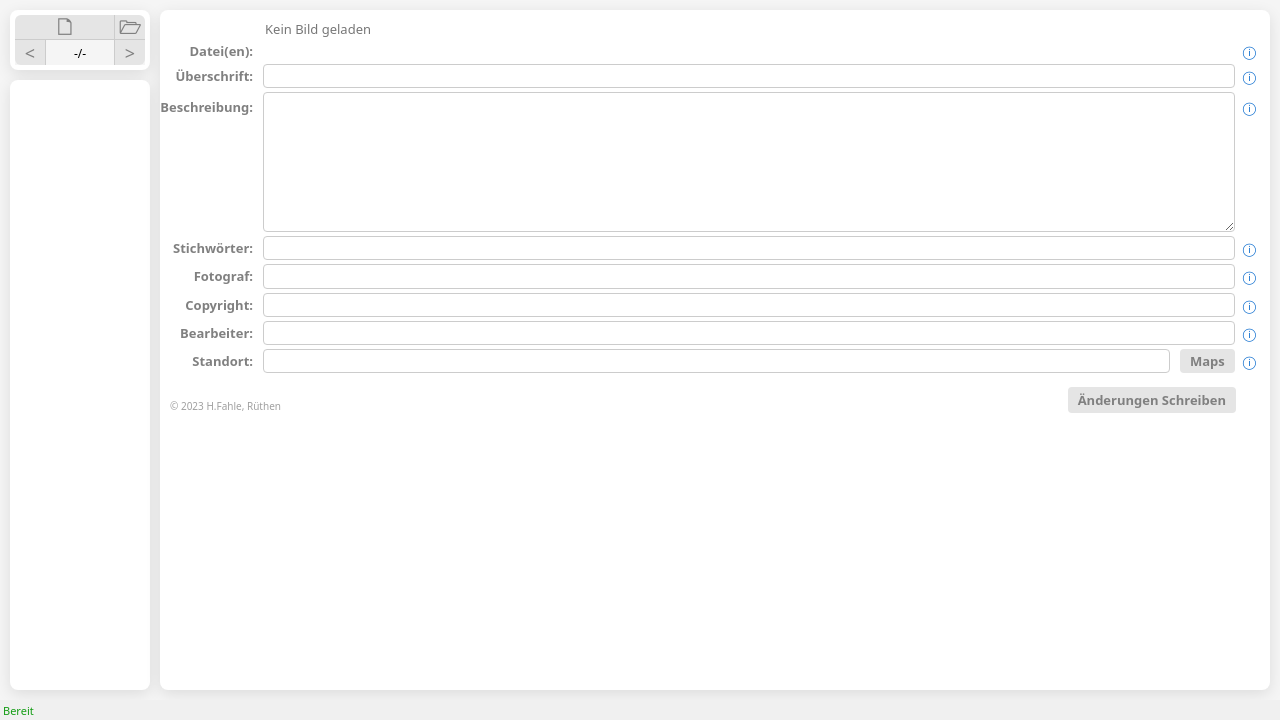
Repository: h-fahle/metadata
Page: ui/index.html
The author's editor kept a copy of each file at every save. The page is drawn from the files as they stood at one save, then again after the next save.
The browser window is 1280 px wide. The pictures show the whole page.

Above is the page before, as saved 2026-09-01 18:25:19.
Console error: TypeError: Cannot read properties of undefined (reading 'core')

### ui/index.html
<!DOCTYPE html>
<html lang="de">

<head>
	<meta charset="UTF-8">
	<title>Metadaten Editor</title>
	<script src="script.js" defer></script>
	<link rel="stylesheet" href="style.css">
</head>

<body>

	<main id="main-container">

		<!-- Das Vorschaubild links -->
<!-- 		<aside id="sidebar">
			<div class="split-button-container">
				<div class="main-row">
					<button class="img-select-btn open-files"  data-ordner="false" data-mehrfach="true">
						&#x1F5CB;<div class="tooltip-box">Bilddatei(en) öffnen</div>
					</button>
					<button class="img-select-btn open-folder" data-ordner="true" data-mehrfach="false">
						&#x1F5C1;<div class="tooltip-box">Ordner öffnen</div>
					</button>
				</div>
				<div class="pager-row">
					<button class="pager-btn prev-btn" data-schritt="-1">&lt;</button>
					<div id="img-nummer" class="pager-display">-/-</div>
					<button class="pager-btn next-btn" data-schritt="1"">&gt;</button>
				</div>
			</div>

			<img id="vorschau-bild" src="" style="display:none;" />
			<div id="bild-info" style="text-align:center;">
				<span id="img-datum"></span><br>
				<span id="img-groesse"></span>
			</div>
		</aside>
 -->

<aside id="sidebar">
    <!-- Obere Kachel -->
			<div class="split-button-container">
				<div class="main-row">
					<button class="img-select-btn open-files"  data-ordner="false" data-mehrfach="true">
						&#x1F5CB;<div class="tooltip-box">Bilddatei(en) öffnen</div>
					</button>
					<button class="img-select-btn open-folder" data-ordner="true" data-mehrfach="false">
						&#x1F5C1;<div class="tooltip-box">Ordner öffnen</div>
					</button>
				</div>
				<div class="pager-row">
					<button class="pager-btn prev-btn" data-schritt="-1">&lt;</button>
					<div id="img-nummer" class="pager-display">-/-</div>
					<button class="pager-btn next-btn" data-schritt="1"">&gt;</button>
				</div>
			</div>

    <!-- Untere Kachel -->
    <div id="preview-card">
        <img id="vorschau-bild" src="" style="display:none;" />
        <div id="bild-info" style="text-align:center;">
            <span id="img-datum"></span><br>
            <span id="img-groesse"></span>
        </div>
    </div>
</aside>

		<!-- Das Formular rechts -->
		<section id="form-container">

			<div id="ordner-pfad">Kein Bild geladen</div>

			<div class="form-row">
				<label for="filename">Datei(en):</label>
				<div id="dynamischerBereich" style="width: 100%;">
					<!-- Input- / oder Select-Element -->
				</div>
				<div class="tooltip-container">
					<span class="info-icon">ⓘ</span>
					<div class="tooltip-box">Im Einzelmodus: Änderung des Dateinamens bewirkt Umbenennung der Datei.
						Im Stapelmodus: Dateinamen sind nicht änderbar.!
					</div>
				</div>
			</div>

			<div class="form-row">
				<label for="caption">Überschrift:</label>
				<input type="text" id="caption" name="caption" />
				<div class="tooltip-container">
					<span class="info-icon">ⓘ</span>
					<div class="tooltip-box">Auch: (Dokument-)Titel, Schlagzeile, Headline
					</div>
				</div>
			</div>

			<div class="form-row form-row-top">
				<label for="description">Beschreibung:</label>
				<textarea id="description" name="description"></textarea>
				<div class="tooltip-container">
					<span class="info-icon">ⓘ</span>
					<div class="tooltip-box">Beschreibender Text in beliebiger Länge.
						(Im Stapelmodus wird der eingegebene Text
						&nbsp;&nbsp; an vorhandenen angehängt.)
						Hinweis: Einige Programme zeigen nur 2.000 Zeichen
						&nbsp;&nbsp; oder auch weniger an.
					</div>
				</div>
			</div>

			<div class="form-row">
				<label for="keywords">Stichwörter:</label>
				<input type="text" id="keywords" name="keywords" />
				<div class="tooltip-container">
					<span class="info-icon">ⓘ</span>
					<div class="tooltip-box">Komma-separierte Liste. Groß-/Kleinschreibung beachten.
						Im Stapelmodus werden die eingegebenen Stichwörter
						&nbsp;&nbsp; an vorhandene angehängt.
					</div>
				</div>
			</div>

			<div class="form-row">
				<label for="creator">Fotograf:</label>
				<input type="text" id="creator" name="creator" />
				<div class="tooltip-container">
					<span class="info-icon">ⓘ</span>
					<div class="tooltip-box">Urheber, Ersteller, Autor
						(Tags: Artitst, Creator, By-line)
					</div>
				</div>
			</div>

			<div class="form-row">
				<label for="copyright">Copyright:</label>
				<input type="text" id="copyright" name="copyright" />
				<div class="tooltip-container">
					<span class="info-icon">ⓘ</span>
					<div class="tooltip-box">Urheberrechtshinweis; enthält in der Regel:
						Name des Fotografen, Aufnahmejahr und Nutzungsrechte;
						(z.B. 'Copyright [1975] [Mustermann], Alle Rechte vorbehalten')
					</div>
				</div>
			</div>

			<div class="form-row">
				<label for="editor">Bearbeiter:</label>
				<input type="text" id="editor" name="editor" />
				<div class="tooltip-container">
					<span class="info-icon">ⓘ</span>
					<div class="tooltip-box">Verfasser der Metadaten
						(Tags: Caption Writer, Writer Editor)
					</div>
				</div>
			</div>

			<div class="form-row">
				<label for="position">Standort:</label>
				<input type="text" id="position" name="position" />
				<button type="button" class="maps-trigger-btn">Maps</button>
				<div class="tooltip-container">
					<span class="info-icon">ⓘ</span>
					<div class="tooltip-box">GPS-Koordinaten in Dezimalgrad (z.B.: 51.49129, 8.43317).
						Ermitteln der Koordinaten in der Google Maps-Karte:
						&nbsp; 1. mit rechter Maustaste auf den Standort klicken,
						&nbsp; 2. auf die angezeigten Koordinaten klicken,
						&nbsp; 3. der so gespeicherte Wert kann mit Strg+V
						&nbsp;&nbsp;&nbsp;&nbsp;&nbsp;&nbsp; hier eingefügt werden.
					</div>
				</div>
			</div>

			<!-- Button-Leiste -->
			<div class="button-group">
				<div id="app-copyright">
					© 2023 H.Fahle, Rüthen
					<div class="tooltip-box">Dieses Programm ist freie Software unter den Bedingungen der GNU GPLv3.
						Es wird OHNE JEDE GARANTIE zur Verfügung gestellt.
					</div>
				</div>
				<button type="button" id="btn-exif-schreiben">Änderungen Schreiben</button>
			</div>

		</section> <!-- Ende der form-containers-->
	</main> <!-- Ende des main-containers -->

	<footer id="statusleiste">
		<div id="statustext">
			Bereit
		</div>
	</footer>


</body>

</html>

### ui/style.css
:root {
	--app-font: system-ui, -apple-system, "Segoe UI", Roboto, Helvetica, Arial, sans-serif;
	--app-font-size: 13px;
}

/* 1. Das App-Fenster exakt auf 100% fixieren (kein äußeres Scrollen) */
html,
body {
	margin: 0;
	padding: 0;
	height: 100vh;
	width: 100vw;
	overflow: hidden;
	/* Verhindert jegliche äußere Scrollbalken */
	background: #f5f5f5;
	display: flex;
	flex-direction: column;
	/* Hauptinhalt oben, Statusleiste unten */
	font-family: var(--app-font);
	font-size: var(--app-font-size);
}

input,
textarea,
button {
	font-family: var(--app-font) !important;
	font-size: var(--app-font-size) !important;
}

/* Allumfassender Box-Sizing-Fix für die gesamte App */
*,
*::before,
*::after {
	box-sizing: border-box;
}

/* 2. Der Hauptbereich füllt den gesamten oberen Platz aus --------------------------- */
#main-container {
	flex: 1;
	display: flex;
	flex-direction: row;
	/* Elemente nebeneinander */
	gap: 10px;
	padding: 10px;
	overflow: hidden;
	/* Verhindert, dass Riesen-Inhalte das Fenster sprengen */
}


/* ------------------------------------------------------------------------------------- */
/* 3. LINKS: Die Sidebar mit fester Breite */
#sidebar {
	width: 140px;
	min-width: 140px;
	/* Transparenz, damit der Hintergrund des Hauptfensters durchscheint */
	background-color: transparent;
	box-shadow: none;
	padding: 0;
	/* Flex-Container für die zwei vertikalen Kacheln */
	display: flex;
	flex-direction: column;
	gap: 10px;
}

/* Kachel 1: Button-Container */
/* Die Buttons sieh unten */
.split-button-container {
	background-color: #ffffff;
	border-radius: 8px;
	padding: 5px;
	box-shadow: 0 4px 15px rgba(0, 0, 0, 0.1);
}

/* Kachel 2: Bild + Info-Text darunter */
#preview-card {
	flex: 1;   /* gesamte restliche Höhe */
	background-color: #ffffff;
	border-radius: 8px;
	padding: 5px;
	box-shadow: 0 4px 15px rgba(0, 0, 0, 0.1);
}

#vorschau-bild {
	max-width: 130px;
	margin: 2px auto;
	height: auto;
}

/* ------------------------------------------------------------------------------------- */
/* 4. RECHTS: Das Formular nimmt den gesamten Rest ein und wächst mit */
#form-container {
	flex: 1;
	/* Nimmt 100% des restlichen Platzes ein */
	min-width: 0;
	/* Erlaubt Flexbox, die Box bei Bedarf zu verkleinern */
	background-color: #ffffff;
	border-radius: 8px;
	padding: 10px;
	display: flex;
	flex-direction: column;
	gap: 4px;
	box-shadow: 0 4px 15px rgba(0, 0, 0, 0.1);
}

#ordner-pfad {
	margin-left: 95px !important;
	color: #777777;
}

/* Jede Zeile wird zu einer horizontalen Flexbox */
.form-row {
	display: flex !important;
	flex-direction: row;
	align-items: center;
	/* Richtet Label und Input vertikal mittig zueinander aus */
	gap: 10px;
	/* Abstand zwischen Label und Input */
	width: 100%;
}

/* Die Labels bekommen eine feste Breite, damit alle Inputs sauber untereinander starten */
.form-row label {
	width: 95px;
	/* Breite je nach längstem Label-Text anpassen */
	min-width: 95px;
	/* Verhindert, dass das Label zusammengedrückt wird */
	text-align: right;
	/* Optional: Richtet den Text rechtsbündig zum Input aus */
	color: gray;
	font-weight: bold;
	margin-left: -12px;
}

/* Die Eingabefelder füllen jetzt den gesamten restlichen Platz der Zeile aus */
.form-row input,
.form-row textarea {
	flex: 1;
	/* Zwingt das Input-Feld, den Rest der Zeile einzunehmen */
	width: 100%;
	min-width: 0;
	/* Erlaubt dem Input, bei sehr kleinen Fenstern stabil zu schrumpfen */
	border: 1px solid #ccc;
	border-radius: 4px;
	padding: 2px 4px;
	line-height: 1.4;
	-webkit-font-smoothing: antialiased;
	outline: none;
}

input#filename {
	font-weight: bold;
}

.form-row select {
	/* 1. Setzt das native Design auf ALLEN Plattformen zurück */
	-webkit-appearance: none;
	/* Für Chrome, Safari, WebKitGTK, Edge, Opera */
	-moz-appearance: none;
	/* Für Firefox */
	appearance: none;
	/* Der moderne, offizielle W3C-Standard */

	/* 2. Plattformübergreifender Text-Fix für Unterlängen (g, j, y) */
	line-height: 1.4;
	/* 1.5 bietet genug Puffer für Linux- & Windows-Fonts */
	padding: 2px;
	/* Rechts Platz für den eigenen Pfeil */
	width: 100%;
	height: 24px;

	/* 3. Textglättung für macOS, Windows und Linux */
	-webkit-font-smoothing: antialiased;
	-moz-osx-font-smoothing: grayscale;

	/* 4. tandard-Design für die Box */
	background-color: #ececec;
	border: 1px solid #ccc;
	border-radius: 4px;
	box-sizing: border-box;
	/* Verhindert Layout-Verschiebungen */
	outline: none;
	color: gray;
}

.form-row textarea {
	min-height: 140px;
}

.form-row input:focus-visible,
.form-row textarea:focus-visible {
	outline: 2px solid gray;
}

/* Ändert die Ausrichtung für die Textarea-Zeile nach oben */
.form-row-top {
	align-items: flex-start !important;
	/* Richtet Label, Textarea und Icon oben aus */
}

.form-row-top label,
.form-row-top .tooltip-container {
	padding-top: 6px;
	/* Verhindert, dass das Label zu weit oben klebt */
}


/* ------------------------------------------------------------------------------------- */
/* 5. UNTEN: Die Statusleiste mit fixer Höhe und eigenem Scrollbalken */
#statusleiste {
	height: 20px;
	/* Feste Höhe für ca. 2 Zeilen Text */
	min-height: 20px;
	background-color: #f0f0f0;
	font-size: 11px;
	color: #444;
	padding: 3px;
	overflow-y: auto;
	/* Vertikaler Scrollbalken erscheint NUR bei Bedarf */
	overflow-x: hidden;
	/* Verhindert horizontales Scrollen in der Statusleiste */
	-webkit-font-smoothing: antialiased;
}

#statustext {
	color: #139c13;
}


/* Bedien-Elemente -------------------------------------------- */
button {
	padding: 3px 10px;
	font-weight: bold;
	cursor: pointer;
	border: none;
	background-color: #e5e5e5;
	color: gray;
}

button:hover {
	background-color: gray;
	color: white;
}

.button-group button,
.form-row button {
	border-radius: 4px;
}

#app-copyright {
	margin-right: auto;
	padding-top: 12px;
	font-size: 10px;
	color: #a0a0a0;
}


/* ------------------------------------------------------------------------------ */
/* Buttons im Button-Container oben links */

/* Obere Reihe */
.main-row {
	height: 25px;
	display: flex;
	border-bottom: 1px solid #ccc;
	/* Trennlinie zur zweiten Reihe */
}

/* Untere Reihe */
.pager-row {
	height: 25px;
	display: flex;
	align-items: center;
	background-color: #f5f5f5;
}

/* Gemeinsames Design für die Button-Teile */
.open-files,
.open-folder,
.prev-btn,
.next-btn {
	font-size: 18px !important;
	padding: 0;
	cursor: pointer;
	transition: background-color 0.2s;
}

.prev-btn,
.next-btn {
	font-weight: normal;
}

/* Hauptbutton oben links */
.open-files {
	width: 100%;
	border-top-left-radius: 6px;
	border-right: 1px solid #ccc
}

/* Pfeilbutton oben rechts */
.open-folder {
	width: 30%;
	border-top-right-radius: 6px;
}

/* Blätter-Buttons unten links und rechts */
.pager-btn {
	width: 30px;
	height: 100%;
	display: flex;
	align-items: center;
	justify-content: center;
	transition: background-color 0.2s;
}

.prev-btn {
	border-bottom-left-radius: 6px;
}

.next-btn {
	border-bottom-right-radius: 6px;
}

.pager-display {
	height: 100%;
	flex-grow: 1;
	/* Nimmt den gesamten Platz in der Mitte ein */
	text-align: center;
	font-size: 12px;
	padding: 5px 0;
	border-left: 1px solid #ccc;
	border-right: 1px solid #ccc;
	user-select: none;
	/* Verhindert versehentliches Markieren beim Klicken */
}



/* Der Absendeknopf richtet sich nach den Eingabefeldern aus */
.button-group {
	display: flex;
	justify-content: flex-end;
	margin: 10px 24px 0 0;
}

.button-group button {
	margin-left: 5px;
}


/* Tooltip ---------------------------------------------------------- */

/* Container für das Icon und die Box */
.tooltip-container {
	position: relative;
	/* Wichtig, damit sich die Box am Icon ausrichtet */
	display: inline-flex;
	align-items: center;
	cursor: help;
	/* Zeigt das Fragezeichen/Hilfe-Symbol als Mauszeiger */
	margin-left: -6px;
}

/* Das Info-Icon selbst */
.info-icon {
	color: #0066cc;
	/* Schönes Info-Blau */
	padding: 0 4px;
	font-size: 13px;
}

.tooltip-box {
	display: none;
	position: fixed;

	width: max-content;
	max-width: 400px;
	/* Verhindert, dass der Tooltip bei sehr viel Text das Fenster sprengt */
	white-space: pre-line;

	background-color: lightyellow;
	color: black;
	border: 1px solid gray;
	padding: 2px 4px;
	border-radius: 6px;
	font-size: 11px;
	line-height: 1.4;
	box-shadow: 0 4px 10px rgba(0, 0, 0, 0.2);
	z-index: 1001;
	/* Über der Statusleiste (1000), falls sie sich überschneiden */

	/* Verschiebt den Tooltip komplett nach links,
     sodass seine rechte Kante am Cursor sitzt */
	transform: translate(-100%, 40%);
	*/
	/* Animation & Verstecken */
	transition: opacity 0.2s ease-in-out, visibility 0.2s;
	pointer-events: none;
	/* Verhindert, dass die Box beim unabsichtlichen Drüberfahren flackert */
}

/* Zeige den Tooltip nur, wenn die Maus über dem Container ist */
.tooltip-container:hover .tooltip-box {
	display: block;
}

.img-select-btn:hover .tooltip-box,
#app-copyright:hover .tooltip-box {
	transform: none;
	font-weight: normal;
	display: block;
}

Loaded but not shown: ui/script.js (461 lines, source omitted)

After the next save:
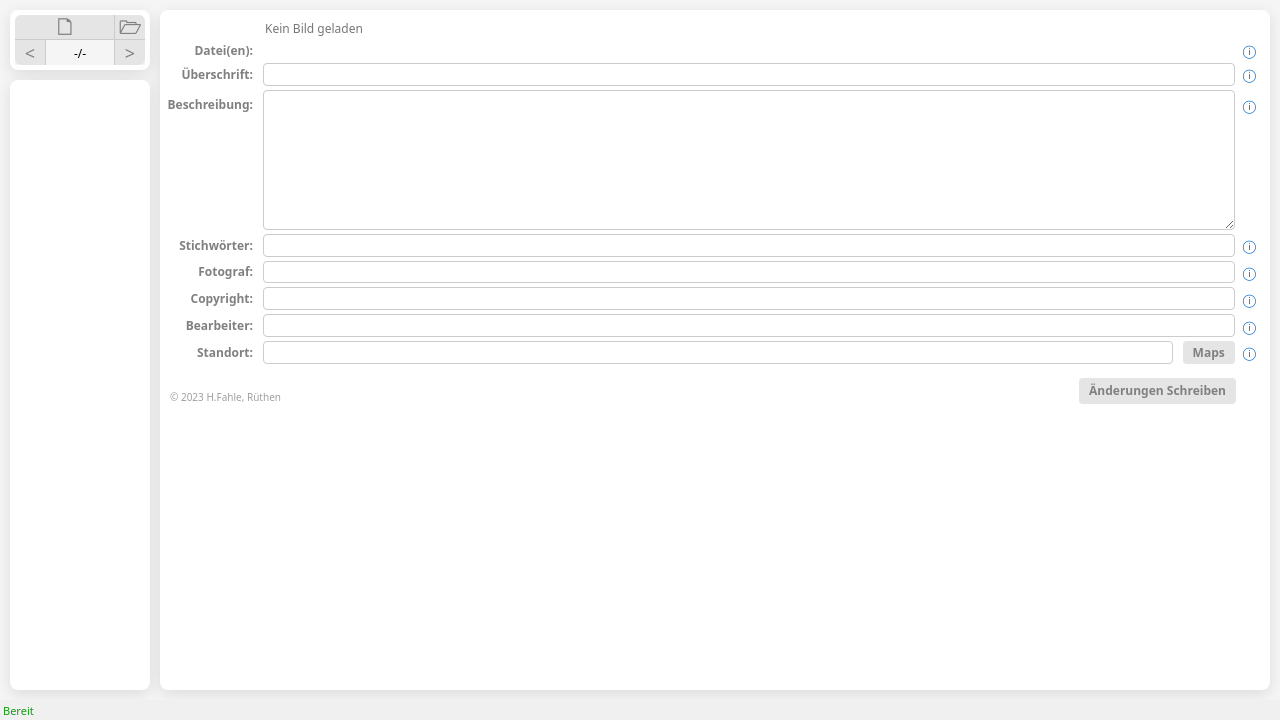
Saved 5 min 28 s later.
--- a/ui/style.css
+++ b/ui/style.css
@@ -1,6 +1,6 @@
 :root {
 	--app-font: system-ui, -apple-system, "Segoe UI", Roboto, Helvetica, Arial, sans-serif;
-	--app-font-size: 13px;
+	--app-font-size: 12px;
 }
 
 /* 1. Das App-Fenster exakt auf 100% fixieren (kein äußeres Scrollen) */
